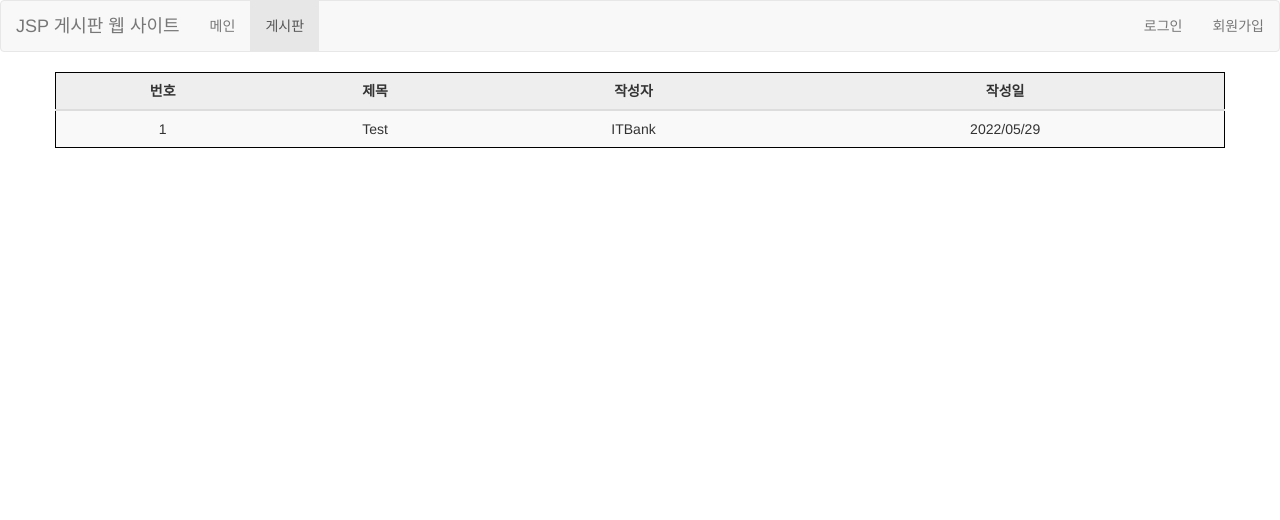
Repository: jjb5442/JSP
Page: http://localhost/07_JSP_FinalProject/board.jsp
An editor plug-in stored every save of this project. The page is shown before and after the next save, followed by the edit.
The browser window is 1280 px wide. The pictures show the whole page.
Some web libraries are served in a nearby version. The page is served by Tomcat 9. Other server files are loaded and not shown.

Above is the page before, as saved 2022-05-29 01:23:59.

### 8Day/workspace/07_JSP_FinalProject/src/main/webapp/board.jsp
<%@ page language="java" contentType="text/html; charset=UTF-8"
    pageEncoding="UTF-8"%>
<!DOCTYPE html>
<html>
<head>
<meta charset="UTF-8">
<title>Insert title here</title>
</head>
<body>
	<jsp:include page="top.jsp"></jsp:include>
	<div class="container">
		<div class="row">
			<table class="table table-striped" style="text-align: center; border: 1px solid black;">
				<thead>
					<tr style="background-color: #eeeeee;">
						<th style="text-align: center;">번호</th>
						<th style="text-align: center;">제목</th>
						<th style="text-align: center;">작성자</th>
						<th style="text-align: center;">작성일</th>
					</tr>
				</thead>
				<tbody>
					<tr>
						<td>1</td>
						<td>Test</td>
						<td>ITBank</td>
						<td>2022/05/29</td>
					</tr>
				</tbody>
			</table>
		</div>
	</div>
</body>
</html>

### 8Day/workspace/07_JSP_FinalProject/src/main/webapp/top.jsp
<%@ page language="java" contentType="text/html; charset=UTF-8"
    pageEncoding="UTF-8"%>
<%
	String[] url = request.getRequestURL().toString().split("/");
	String pageName = url[url.length - 1];
%>
<!DOCTYPE html>
<html>
<head>
<meta charset="UTF-8">
<title>Insert title here</title>
<!-- 화면 최적화 -->
<meta name="viewport" content="width-device-width" initial-scale="1">
<link rel="stylesheet" href="css/bootstrap.css">
</head>
<body>
	<!-- 부트스트랩 : 페이지를 꾸며주는 기능들이 들어있는 라이브러리 -->
	<nav class="navbar navbar-default"> <!-- 네비게이션 -->
		<div class="navbar-header"> 	<!-- 네비게이션 상단 부분 -->
			<!-- 네비게이션 상단 박스 영역 -->
			<button type="button" class="navbar-toggle collapsed"
				data-toggle="collapse" data-target="#bs-example-navbar-collapse-1"
				aria-expanded="false">
				<!-- 이 삼줄 버튼은 화면이 좁아지면 우측에 나타난다 -->
				<span class="icon-bar"></span>
				<span class="icon-bar"></span>
				<span class="icon-bar"></span>
			</button>
			<a class="navbar-brand" href="main.jsp">JSP 게시판 웹 사이트</a>
		</div>
		<div class="collapse navbar-collapse" id="bs-example-navbar-collapse-1">
			<ul class="nav navbar-nav">

				<% if(pageName.equals("main.jsp")) {%>
					<li class="active"><a href="main.jsp">메인</a></li>
				<% }else{ %>
					<li><a href="main.jsp">메인</a></li>
				<% } %>


				<% if(pageName.equals("board.jsp")) {%>
					<li class="active"><a href="board.jsp">게시판</a></li>
				<% }else{ %>
					<li><a href="board.jsp">게시판</a></li>
				<% } %>

			</ul>
			<!-- 헤더 우측에 나타나는 드랍다운 영역 -->
			<ul class="nav navbar-nav navbar-right">
				<% if(session.getAttribute("id") == null) {%>

					<% if(pageName.equals("login.jsp")) {%>
						<li class="active"><a href="login.jsp">로그인</a></li>
					<% }else{ %>
						<li><a href="login.jsp">로그인</a></li>
					<% } %>

					<% if(pageName.equals("register.jsp")) {%>
						<li class="active"><a href="register.jsp">회원가입</a></li>
					<% }else{ %>
						<li><a href="register.jsp">회원가입</a></li>
					<% } %>

				<% }else{ %>
					<li><a href="logout_action.jsp">로그아웃</a></li>
				<% } %>
			</ul>
		</div>
	</nav>
	<script src="https://code.jquery.com/jquery-3.1.1.min.js"></script>
	<script src="js/bootstrap.js"></script>
</body>
</html>

Loaded but not shown: 8Day/workspace/07_JSP_FinalProject/src/main/webapp/css/bootstrap.css (library); 8Day/workspace/07_JSP_FinalProject/src/main/webapp/js/bootstrap.js (library)

After the next save:
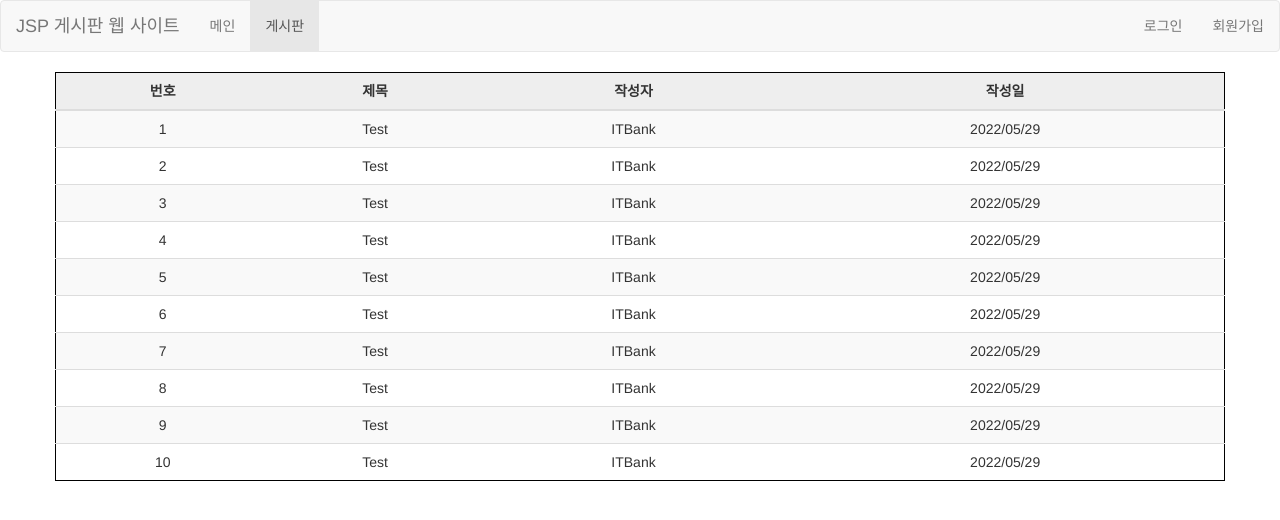
Saved 70 s later.
--- a/8Day/workspace/07_JSP_FinalProject/src/main/webapp/board.jsp
+++ b/8Day/workspace/07_JSP_FinalProject/src/main/webapp/board.jsp
@@ -20,12 +20,14 @@
 					</tr>
 				</thead>
 				<tbody>
-					<tr>
-						<td>1</td>
-						<td>Test</td>
-						<td>ITBank</td>
-						<td>2022/05/29</td>
-					</tr>
+					<% for(int i = 1 ; i <= 10 ; i++) {%>
+						<tr>
+							<td><%= i %></td>
+							<td>Test</td>
+							<td>ITBank</td>
+							<td>2022/05/29</td>
+						</tr>
+					<% } %>
 				</tbody>
 			</table>
 		</div>
